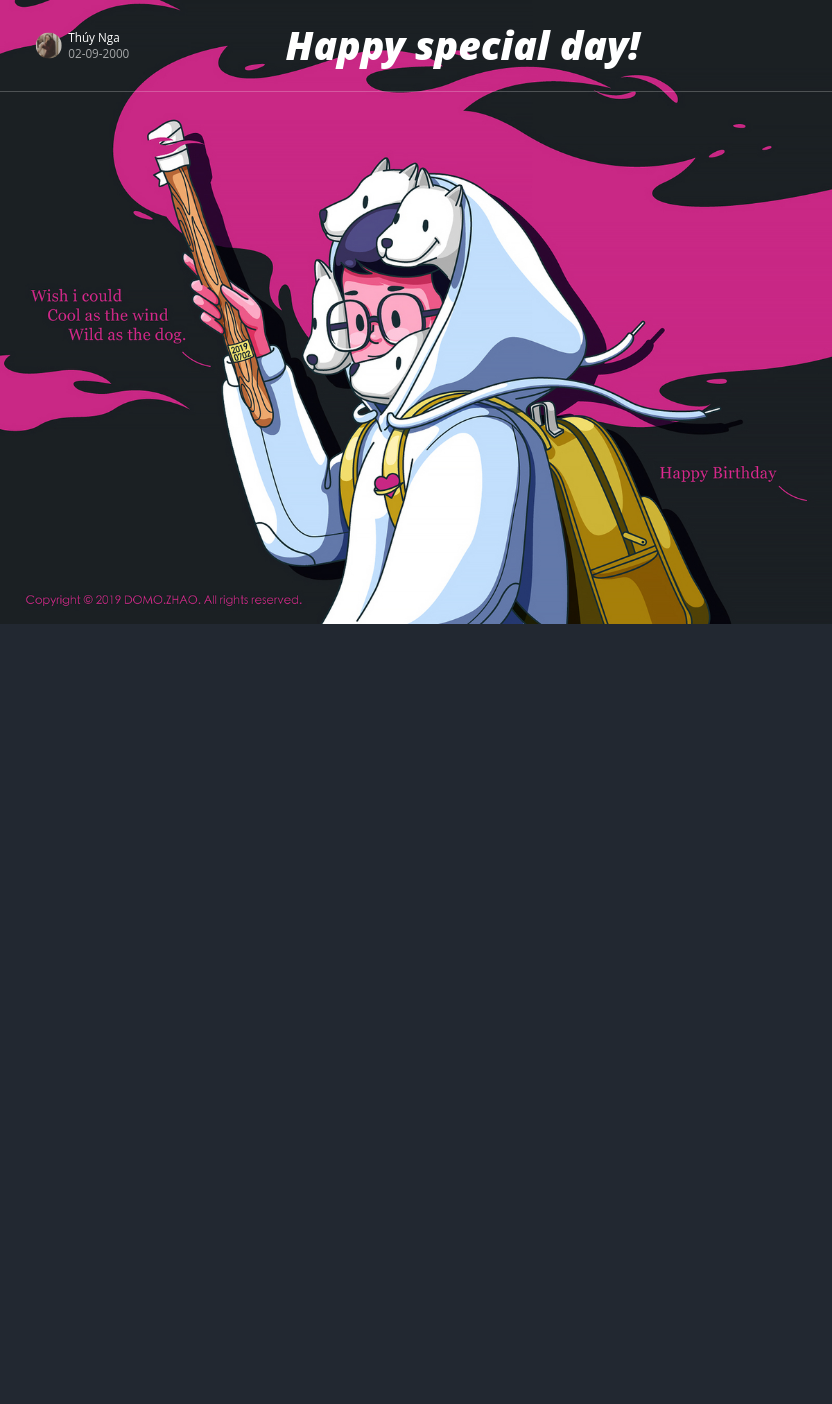
Repository: Datt21/p-happyB
Page: index.html
An editor plug-in stored every save of this project. The page is shown before and after the next save, followed by the edit.
The browser window is 1280 px wide. The pictures show the whole page, at 65% of full size.
Some icons come from a web library that is not loaded, so they are not drawn.

Above is the page before, as saved 2021-08-31 04:57:54.

### index.html
<!DOCTYPE html>
<html lang="en">
<head>
    <meta charset="UTF-8">
    <meta http-equiv="X-UA-Compatible" content="IE=edge">
    <meta name="viewport" content="width=device-width, initial-scale=1.0">
    <title>Document</title>
    <link rel="stylesheet" href="https://unicons.iconscout.com/release/v4.0.0/css/line.css">
    <link rel="stylesheet" href="./app.css">
</head>
<body>
<div class="wrapper">
    <header class="header">
        <div class="container">
            <div class="header-main">
                <div class="header-info">
                    <img src="./images/lemon.jpg" alt="" class="img-logo">
                    <div class="info">
                        <div class="info-name">Thúy Nga</div>
                        <div class="birth-day">02-09-2000 <i class="uil uil-users-alt"></i> </div>
                    </div>
                </div>

                <div class="menu">
                    <span class="text">Happy special day!</span>
                </div>

                <div class="icon-gift">
                    <a href=""><i class="uil uil-gift"></i></a>
                </div>
            </div>
        </div>
    </header>
</div>
    <script src="./app.js"></script>
</body>
</html>

### app.css
html {
    box-sizing: border-box;
}

* {
    margin: 0;
    padding: 0;
}

*,
*:before,
*:after {
    box-sizing: border-box;
}

a {
    text-decoration: none;
}

img {
    display: block;
    max-width: 100%;
}

html {
    scroll-behavior: smooth;
}

body {
    font-family: "Open sans", sans-serif;
    font-size: 18px;
    line-height: 1;
    color: white;
    background-color: #222831;
    overflow-x: hidden;
}

.wrapper {
    max-width: 1920px;
    margin: 0 auto;
    background: url("../images/banner.jpg") no-repeat top/100%;
    min-height: 300vh;
}

main {
    min-height: 200vh;
}
.container {
    max-width: 1200px;
    margin: 0 auto;
    padding: 0 15px;
}

.header {
    border-bottom: 1px solid rgba(255, 255, 255, 0.3);
}
.header-main {
    display: flex;
    justify-content: space-between;
    align-items: center;
    padding: 40px 0;
}
.header-info {
    display: flex;
    align-items: center;
    gap: 0 10px;
}

.img-logo {
    width: 40px;
    height: 40px;
    border-radius: 50%;
}

.info-name {
    padding-bottom: 8px;
}
.birth-day {
    opacity: 0.6;
}

.menu .text {
    font-style: italic;
    font-size: 60px;
    font-weight: 800;
}

Loaded but not shown: app.js (no copy from this time; the picture is the same without it)

After the next save:
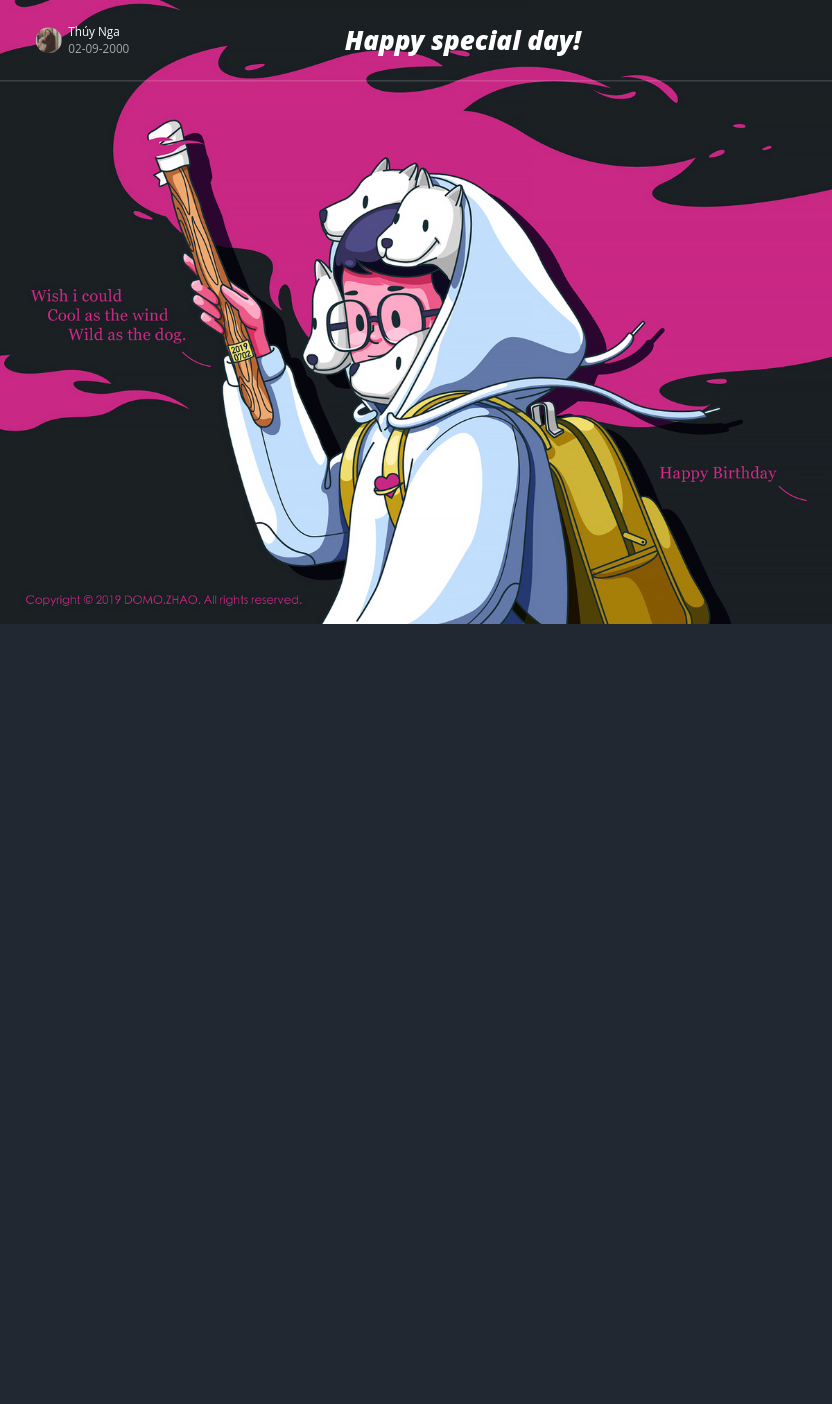
Saved 6 s later.
--- a/app.css
+++ b/app.css
@@ -81,6 +81,6 @@ main {
 
 .menu .text {
     font-style: italic;
-    font-size: 60px;
+    font-size: 40px;
     font-weight: 800;
 }
